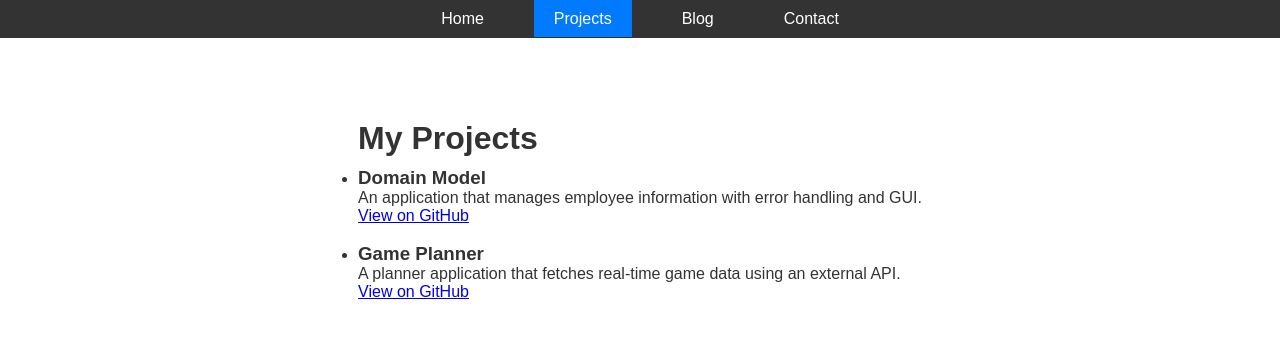
Repository: liwingy/cs5610_fall24_project1
Page: projects.html
The author's editor kept a copy of each file at every save. The page is drawn from the files as they stood at one save, then again after the next save.
The browser window is 1280 px wide. The pictures show the whole page.

Above is the page before, as saved 2024-10-07 17:05:26.

### projects.html
<!DOCTYPE html>
<html lang="en">
<head>
    <meta charset="UTF-8">
    <meta name="viewport" content="width=device-width, initial-scale=1.0">
    <title>Wing Yee Li | Projects</title>
    <link rel="stylesheet" href="style.css">
</head>
<body>
    <nav>
        <ul>
            <li><a href="homepage.html">Home</a></li>
            <li><a href="projects.html" class="active">Projects</a></li>
            <li><a href="blog.html">Blog</a></li>
            <li><a href="contact.html">Contact</a></li>
        </ul>
    </nav>
    <main>
        <section class="projects">
            <h2>My Projects</h2>
            <ul>
                <li>
                    <h3>Domain Model</h3>
                    <p>An application that manages employee information with error handling and GUI.</p>
                    <a href="https://github.com/Su24-CS5004-Online-Lionelle/homework-07-liwingy/tree/main/src/main/java/student/model" target="_blank">View on GitHub</a>
                </li>
                <br>
                <li>
                    <h3>Game Planner</h3>
                    <p>A planner application that fetches real-time game data using an external API.</p>
                    <a href="https://github.com/Su24-CS5004-Online-Lionelle/hw05/tree/main/src/main/java/student" target="_blank">View on GitHub</a>
                </li>
            </ul>
        </section>
    </main>
</body>
</html>

### style.css
* {
    margin: 0;
    padding: 0;
    box-sizing: border-box;
    font-family: 'Arial', sans-serif;
}

body, html {
    height: 100%;
    margin: 0;
}

body {
    background-color: rgb(255, 255, 255);
    color: #333;
    display: flex;
    flex-direction: column;   /* Stack the content vertically */
    height: 100vh;            /* Make sure the body takes up the full viewport height */
}

main {
    display: flex;
    justify-content: center;
    align-items: center;
    flex-direction: column;
    height: auto;
    margin-top: 80px;
    padding-top: 20px;
}

header {
    text-align: center;
}

nav {
    width: 100%;              /* Full width navigation bar */
    background-color: #333;    /* Background color for the navbar */
    position: fixed;          /* Keep the navbar fixed at the top */
    top: 0;
    left: 0;
    padding: 10px 0;          /* Add some padding for spacing */
    z-index: 1;               /* Ensure the navbar stays above other content */
}

nav ul {
    list-style: none;
    display: flex;            /* Display the list items in a row */
    justify-content: center;  /* Center the list items horizontally */
    margin: 0;
    padding: 0;
}

.blog {
    margin-top: 20px;
    padding: 20px;
    width: 100%;
}

nav ul li {
    margin: 0 15px;           /* Space between each nav item */
}

nav ul li a {
    color: #fff;
    text-decoration: none;
    padding: 10px 20px;       /* Add padding around each link */
    transition: background-color 0.3s;
}

nav ul li a:hover {
    background-color: #555;   /* Change background color on hover */
}

.active {
    background-color: #007BFF; /* Style for the active page link */
}

h1 {
    font-size: 2.5rem;
    margin-top: 60px;        /* Add space from the navbar */
}

.about-me, .projects, .contact, .blog {
    margin: 20px;
}

h2 {
    font-size: 2rem;
    margin-bottom: 10px;
}

.centered-video,
.pics {
    max-width: 300px;
    width: 100%;
    height: auto;
    display: block;
    margin: 20px auto;
}

/* Responsive design */
@media screen and (max-width: 768px) {
    nav ul {
        flex-direction: column;  /* Stack the navbar links vertically on small screens */
        align-items: center;
    }

    nav ul li {
        margin: 10px 0;          /* Space out vertically in mobile view */
    }

    h1 {
        font-size: 1.8rem;
        margin-top: 100px;       /* Adjust spacing on small screens */
    }
}

After the next save:
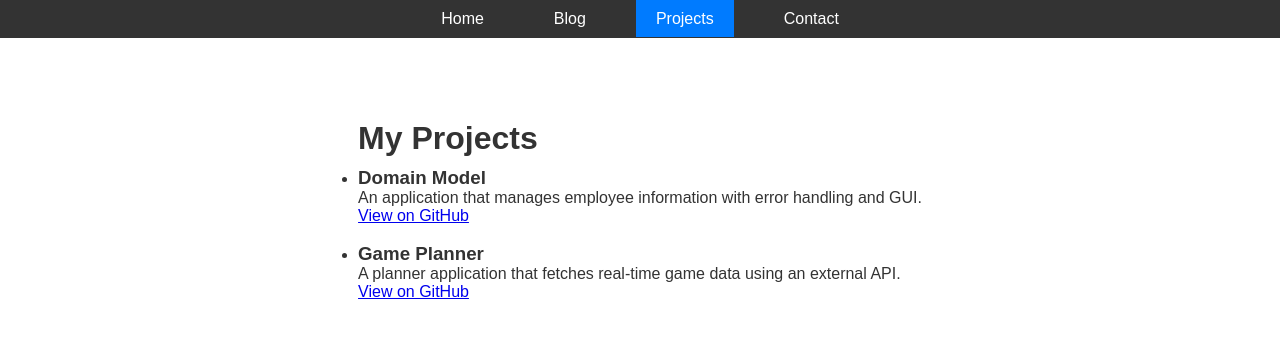
Saved 93 s later.
--- a/projects.html
+++ b/projects.html
@@ -10,8 +10,8 @@
     <nav>
         <ul>
             <li><a href="homepage.html">Home</a></li>
+            <li><a href="blog.html">Blog</a></li>
             <li><a href="projects.html" class="active">Projects</a></li>
-            <li><a href="blog.html">Blog</a></li>
             <li><a href="contact.html">Contact</a></li>
         </ul>
     </nav>
